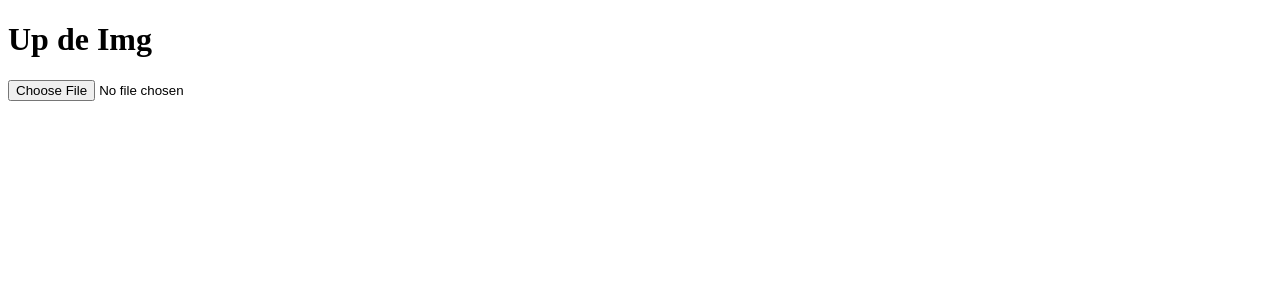
Repository: VictorGOrellana/RecursosJava
Page: http://localhost/curso.edu/pages/uploads.jsp
An editor plug-in stored every save of this project. The page is shown before and after the next save, followed by the edit.
The browser window is 1280 px wide. The pictures show the whole page.
The page is served by Tomcat 9. Nobody is signed in. The application's start-up code is not run. Other server files are loaded and not shown.

Above is the page before, as saved 2019-07-25 19:32:46.

### curso.edu/WebContent/pages/uploads.jsp
<%@ page language="java" contentType="text/html; charset=ISO-8859-1"
    pageEncoding="ISO-8859-1"%>
<!DOCTYPE html>
<html>
<head>
<meta charset="ISO-8859-1">
<title>Testes</title>
<script type="text/javascript" src ="https://code.jquery.com/jquery-3.4.1.min.js"></script>
</head>
<body>
	<h1> Up de Img </h1>

	<input type="file">

</body>
</html>

After the next save:
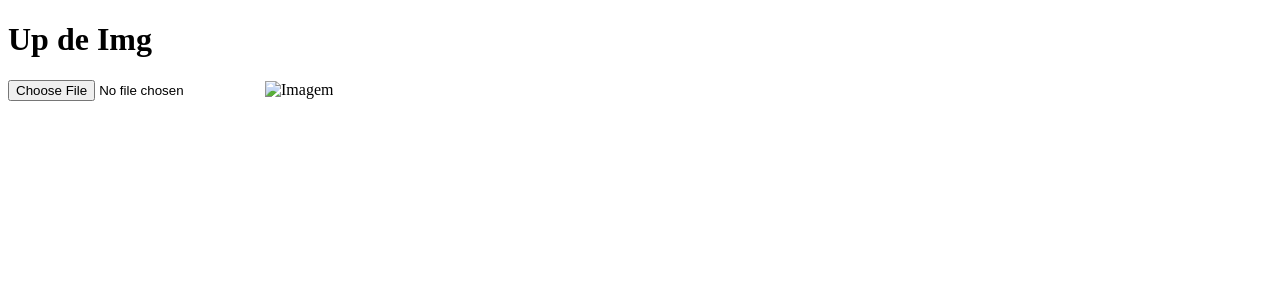
Saved 111 s later.
--- a/curso.edu/WebContent/pages/uploads.jsp
+++ b/curso.edu/WebContent/pages/uploads.jsp
@@ -10,7 +10,8 @@
 <body>
 	<h1> Up de Img </h1>
 
-	<input type="file">
+	<input type="file" id="file" name="file" >
+	<img alt="Imagem" src="" id="target" width ="200" height ="200">
 
 </body>
 </html>
